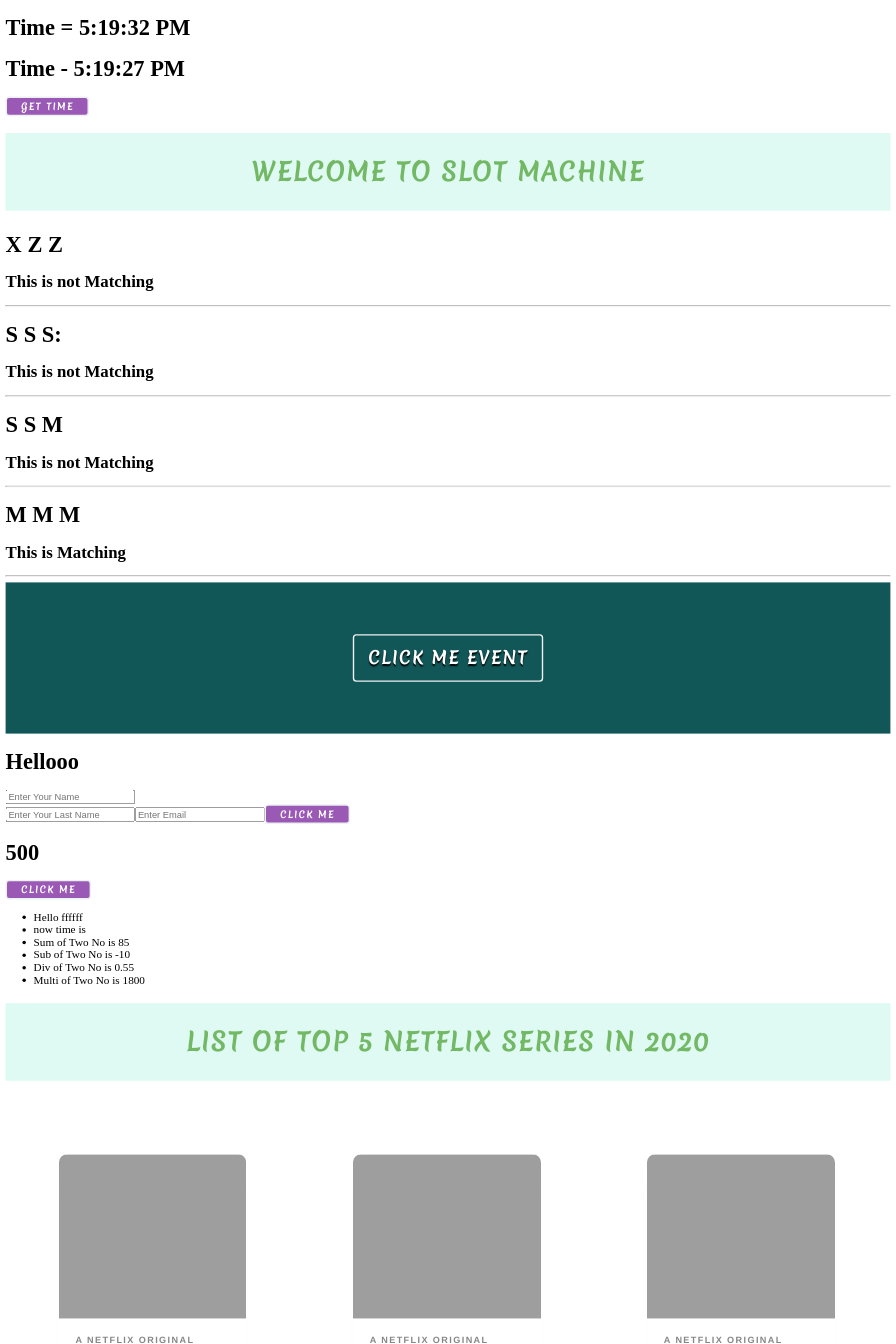
Repository: hardik2626/reactlearn2020
Page: /
An editor plug-in stored every save of this project. The page is shown before and after the next save, followed by the edit.
The browser window is 1280 px wide. The pictures show the part of the page from y = 0 to 1920 px (the page is 2673 px tall before and 2677 px after), at 70% of full size.
Pictures or frames that could not be fetched are drawn as grey boxes. The project was rebuilt for these pictures with package versions that can differ from the ones it lists, and the page was loaded fresh each time.

Above is the page before, as saved 2020-10-14 17:41:42.

### public/index.html
<!DOCTYPE html>
<html lang="en">

<head>
    <meta charset="utf-8" />
    <link rel="icon" href="%PUBLIC_URL%/favicon.ico" />
    <meta name="viewport" content="width=device-width, initial-scale=1" />
    <meta name="theme-color" content="#000000" />
    <meta name="description" content="Web site created using create-react-app" />
    <link rel="apple-touch-icon" href="%PUBLIC_URL%/logo192.png" />
    <!--
      manifest.json provides metadata used when your web app is installed on a
      user's mobile device or desktop. See https://developers.google.com/web/fundamentals/web-app-manifest/
    -->
    <link rel="manifest" href="%PUBLIC_URL%/manifest.json" />
    <!--
      Notice the use of %PUBLIC_URL% in the tags above.
      It will be replaced with the URL of the `public` folder during the build.
      Only files inside the `public` folder can be referenced from the HTML.

      Unlike "/favicon.ico" or "favicon.ico", "%PUBLIC_URL%/favicon.ico" will
      work correctly both with client-side routing and a non-root public URL.
      Learn how to configure a non-root public URL by running `npm run build`.
    -->
    <link href="https://fonts.googleapis.com/css2?family=Merienda&display=swap" rel="stylesheet">
    <title>React App</title>
</head>

<body>
    <noscript>You need to enable JavaScript to run this app.</noscript>
    <div id="root"></div>
    <!--
      This HTML file is a template.
      If you open it directly in the browser, you will see an empty page.

      You can add webfonts, meta tags, or analytics to this file.
      The build step will place the bundled scripts into the <body> tag.

      To begin the development, run `npm start` or `yarn start`.
      To create a production bundle, use `npm run build` or `yarn build`.
    -->
</body>

</html>

### src/index.js
import React from 'react';
import ReactDOM from 'react-dom';
import App from './App';
import Cards from './Cards'
import './index.css';
import Sdata from './Sdata'

//console.log(Sdata[1].sname);

/*function nCard(val){
  //console.log(val);
  return(
    <Cards
     imgsrc={val.imgsrc}
     sname={val.sname}
     title={val.title}
     link={val.link}
     />
  )
}*/



ReactDOM.render(
  <>

  <App myname="ffffff" />


    <h1 className="heading_style">List of TOP 5 Netflix Series in 2020</h1>
    {/* {Sdata.map(nCard)}; */}

    {Sdata.map((val, index) => {
      console.log(index);
      return(
        <React.Fragment key={val.imgsrc}>
        <Cards  imgsrc={val.imgsrc} sname={val.sname} title={val.title} link={val.link} />
        </React.Fragment>
      )
      }
    )};


     { /* <Cards imgsrc={Sdata[1].imgsrc} sname={Sdata[1].sname} title={Sdata[1].title} link={Sdata[1].link} />
     <Cards imgsrc={Sdata[2].imgsrc} sname={Sdata[2].sname} title={Sdata[2].title} link={Sdata[2].link} /> */ }

  </>, document.getElementById('root')
);

### src/App.js
import React from 'react';
import add, { sub, mult, div } from './Calc';
import DigitalClock from './DigitalClock';
import Eventhand from './Eventhand';
import MachineGame from './MachineGame';
import Myform from './Myform';
import Myhooks from './Myhooks';
import Timegame from './Timegame';

function App(props){

  return(
    <>
    <DigitalClock />
    <Timegame />
    <MachineGame />
    <Eventhand />
   <Myform />
   <Myhooks />
  <ul>
  <li>Hello {props.myname}</li>
  <li>now time is {new Date().toLocaleDateString}</li>
    <li>Sum of Two No is {add(45,40)}</li>
    <li>Sub of Two No is {sub(30,40)}</li>
    <li>Div of Two No is {div(22,40)}</li>
    <li>Multi of Two No is {mult(45,40)}</li>
  </ul>
  </>
  )
}

export default App

### src/Cards.jsx
import React from 'react';

function Cards(props){
  //console.log(props)
  return(
    <>
    <div className="cards">
      <div className="card">
        <img src={props.imgsrc} alt="ALPIC" className="card__img" />
        <div className="card__info">
          <span className="card__category">{props.title}</span>
          <h3 className="card__title"> {props.sname} </h3>
          <a href={props.link } target="_blank">
            <button>Watch Now</button>
          </a>
        </div>
      </div>
    </div>
  </>
  )
}
export default Cards

### src/index.css
/* * {
    margin: 0;
    padding: 0;
    box-sizing: border-box;
}

.heading {
    color: blue;
    text-align: center;
    text-transform: capitalize;
    font-weight: bold;
    text-shadow: 0px 2ps 4px #ffe9c5;
    font-family: 'Merienda', cursive;
}

.heading2 {
    color: #c75757;
    text-align: center;
    text-transform: capitalize;
    font-weight: bold;
    font-family: 'Merienda', cursive;
}

.imgDIV {
    width: 200px;
    height: auto;
    margin-top: 20px;
    display: inline;
}

body {
    background-color: #b4f2e1;
    box-sizing: border-box;
    margin: 0;
    padding: 0;
    font-family: 'Gill Sans', 'Gill Sans MT', Calibri, 'Trebuchet MS', sans-serif;
}

div {
    width: 100%;
    height: 100vh;
    display: flex;
    justify-content: center;
    align-items: center;
    margin-top: -30px;
}

h1 {
    padding: 20px;
    background-color: #ffe9c5;
    color: #fa9191;
    border-radius: 20px;
    font-size: 60px;
}

span {
    color: #eb6383;
} */

.heading_style {
    padding: 30px 0;
    text-align: center;
    font-family: 'Merienda', cursive;
    text-transform: uppercase;
    font-size: 35px;
    letter-spacing: 2px;
    font-weight: bold;
    color: #3d9820ab;
    background-color: #b4f2e16b;
    margin-bottom: 30px;
}

.cards {
    width: 100%;
    height: auto;
}

.card {
    margin: 6%;
    background-color: #fff;
    width: 21.25%;
    border-radius: 12%;
    box-shadow: 0px 13px 10px -7px rgba(0, 0, 0, 0.1);
    float: left;
    transition: all 0.4s cubic-bezier(0.175, 0.885, 0, 1);
    -webkit-border-radius: 12%;
    -moz-border-radius: 12%;
    -ms-border-radius: 12%;
    -o-border-radius: 12%;
    -webkit-transition: all 0.4s cubic-bezier(0.175, 0.885, 0, 1);
    -moz-transition: all 0.4s cubic-bezier(0.175, 0.885, 0, 1);
    -ms-transition: all 0.4s cubic-bezier(0.175, 0.885, 0, 1);
    -o-transition: all 0.4s cubic-bezier(0.175, 0.885, 0, 1);
}

.card:hover {
    box-shadow: 0px 30px 18px -8px rgba(0, 0, 0, 0.1);
    transform: scale(1.05, 1.05);
    -webkit-transform: scale(1.05, 1.05);
    -moz-transform: scale(1.05, 1.05);
    -ms-transform: scale(1.05, 1.05);
    -o-transform: scale(1.05, 1.05);
}

.card__img {
    width: 100%;
    height: 235px;
    border-top-left-radius: 12px;
    border-top-right-radius: 12px;
}

.card__info {
    background-color: #fff;
    border-bottom-left-radius: 12px;
    border-bottom-right-radius: 12px;
    padding: 16px 24px 24px 24px;
}

.card__category {
    font-family: 'Franklin Gothic Medium', 'Arial Narrow', Arial, sans-serif;
    text-transform: uppercase;
    font-size: 13px;
    letter-spacing: 2px;
    font-weight: bold;
    color: #868686;
    background-color: #fff;
}

.card__title {
    margin-top: 5px;
    margin-bottom: 10px;
    font-family: 'Merienda', cursive;
    background-color: #fff;
    text-transform: capitalize;
}

button {
    padding: 8px 5px;
    font-family: 'Merienda', cursive;
    text-transform: uppercase;
    font-size: 13px;
    letter-spacing: 2px;
    font-weight: bold;
    color: #868686;
    background-color: #fff;
    outline: none;
    border: 1px solid #000;
    cursor: pointer;
}

button {
    line-height: 24px;
    padding: 0 20px;
    background-color: #9b59b6;
    color: #fff;
    border: 2px solid #ecf0f1;
    outline: none;
    border-radius: 5px;
    text-transform: uppercase;
    cursor: pointer;
    -webkit-border-radius: 5px;
    -moz-border-radius: 5px;
    -ms-border-radius: 5px;
    -o-border-radius: 5px;
}

.evnthnd {
    color: White;
    background: transparent;
    text-shadow: 0 2px 2px #000;
    font-size: 24px;
    padding: 20px;
}

div.evnt {
    width: 100%;
    height: 30vh;
    display: flex;
    justify-content: center;
    align-items: center;
    background-color: violet;
    flex-direction: column;
}

### src/Sdata.jsx
const Sdata = [{
        imgsrc : "https://picsum.photos/500/300",
        sname : "DARK",
        title : " A Netflix Original Series",
        link : "https://www.google.com/"
    },
    {
        imgsrc : "https://picsum.photos/500/330",
        sname : "Extra Carricular",
        title : " A Netflix Original Series",
        link : "https://www.google.com/"
    },
    {
        imgsrc : "https://picsum.photos/500/340",
        sname : "MasterCard",
        title : " A Netflix Original Series",
        link : "https://www.google.com/"
    },
    {
        imgsrc : "https://picsum.photos/500/335",
        sname : "TrueLove",
        title : " A ZEE  Series",
        link : "https://www.google.com/"
    },
    {
        imgsrc : "https://picsum.photos/500/345",
        sname : "Khul JA Sim Sim",
        title : " A ZEE5  Series",
        link : "https://www.google.com/"
    },
    {
        imgsrc : "https://picsum.photos/500/339",
        sname : "Extra Carricular",
        title : " A Netflix Original Series",
        link : "https://www.google.com/"
    }

];
export default Sdata

### src/Calc.jsx
import React from 'react';

function add(a, b) {
    let sum = a + b;
    return sum;
}
export default add;

function sub(a, b) {
    let sub = a - b;
    return sub;
}


function mult(a, b) {
    let mult = a * b;
    return mult;
}


function div(a, b) {
    let div = a / b;
    return div;
}
export { sub, mult, div };

### src/DigitalClock.js
import React, { useState } from 'react'

const DigitalClock = () => {
    let ltTime = new Date().toLocaleTimeString()
    const[ctime, SetCtime] = useState(ltTime)

    const UpdateTime = () => {
        let ltTime = new Date().toLocaleTimeString()
        SetCtime(ltTime)
    }
    setInterval(UpdateTime, 1000);

    return(
        <div>
            <h1>Time = {ltTime}</h1>

        </div>
    )
}

export default DigitalClock

### src/Eventhand.js
import React, { Component, useState } from 'react'

const Eventhand = () => {
        const purple = "#125758";
        const Newpurple = "#656987";
        const [bg,setBg] = useState(purple)
        const [ename, setName] = useState('Click Me Event')
        const bgChange = () => {
                //console.log('clickkk');
                let newBg = "#789548"
                setBg(newBg)
                setName("Hardik Devani 🤬 ")
        }
        const bgBack = () => {
                setBg(Newpurple)
                setName('Double Click 😠')
        }
        return(
                <>
                        <div className="evnt" style={{backgroundColor:bg}}>
                                <button className="evnthnd"  onMouseEnter={bgChange} onMouseLeave={bgBack}>
                                {/* <button className="evnthnd"  onClick={bgChange} onDoubleClick={bgBack}> */}
                                {ename}
                                </button>
                        </div>
                </>
        )
}
export default Eventhand;

### src/MachineGame.js
import React, { Component } from 'react'

const  SlotM = (props) => {
    // let x = 'A';
    // let y = 'A';
    // let z = 'A';

    // let x = props.x;
    // let y = props.y;
    // let z = props.z;

    let {x, y, z} = props

    if( x===y && y===z ){
        return(
            <>
                <div className="slot">
                    <h1>{x} {y} {z}</h1>
                    <h2>This is Matching</h2>
                    <hr/>

                </div>
            </>
        )
    } else {
        return(
            <>
                <div className="slot">
                    <h1>{x} {y} {z}</h1>
                    <h2>This is not Matching</h2>
                    <hr/>

                </div>
            </>
        )
    }
}

const MachineGame = () =>{
    return(
        <>
            <h1 className="heading_style"> Welcome to <span style={{fontWeight:'bold'}}>Slot Machine</span>  </h1>
            <div className="slotmachine">
            <SlotM  x='X' y='Z' z='Z' />
            <SlotM x='S' y='S' z='S:'/>
            <SlotM x='S' y='S' z='M'/>
            <SlotM x='M' y='M' z='M'/>
            </div>
        </>
    )
}

export default MachineGame

### src/Myform.js
import React, { useState } from 'react'

const Myform = () => {

        const [name, setName] = useState('')
        const [lastname, setLastName] = useState('')
        const [fullName, setFullName] = useState('')
        const [lastname2, setLastName2] = useState('')
        const [myemail, setMyEmail] = useState('')
        const [myemail2, setMyEmail2] = useState('')

        const subForm = (event) =>{
                setName(event.target.value)
                //console.log(event.target.value);
        }

        const subFormlname = (event) => {
                setLastName(event.target.value)
        }

        const subMyEmail = (event) => {
                setMyEmail(event.target.value)
        }
        const onSubmit = (event) => {
                event.preventDefault();
                setFullName(name)
                setLastName2(lastname)
                setMyEmail2(myemail)
        }
        return(
                <>
                <div className="main_div">
                <form onSubmit={onSubmit}>
                        <h1>Hellooo {fullName} {lastname2} {myemail2}</h1>
                        <input type="text" placeholder="Enter Your Name" onChange={subForm} value={name} />
                        <br/>
                        <input type="text" placeholder="Enter Your Last Name" onChange={subFormlname} value={lastname} />
                        <input type="email" placeholder="Enter Email" onChange={subMyEmail} value={myemail}/>
                        <button type="submit">Click Me</button>
                        </form>
                </div>
        </>
        )
}

export default Myform;

### src/Myhooks.js
import React, { useState } from 'react';
let count = 1;

const Myhooks = () => {

        const state = useState();
const [count, setCount] = useState(500);

const IncNum = () => {
        setCount(count + 5)
        //console.log("clicked" + count++)
};

        return(
                <>
                <h1>{count}</h1>
                <button onClick={IncNum}>Click Me</button>
                </>
        )
}
export default Myhooks

### src/Timegame.js
import React from 'react'
import { useState } from 'react'



    const Timegame = () => {
        let newTime = new Date().toLocaleTimeString()

        const[curTime, setCurTime] = useState(newTime)

        const UpdateTime = () => {
        let newCTime = new Date().toLocaleTimeString()
        setCurTime(newCTime);
        }
        return (
            <div>
                <h1>Time - {curTime}</h1>
                <button onClick={UpdateTime}>Get Time</button>
            </div>
        )
    }



export default Timegame

After the next save:
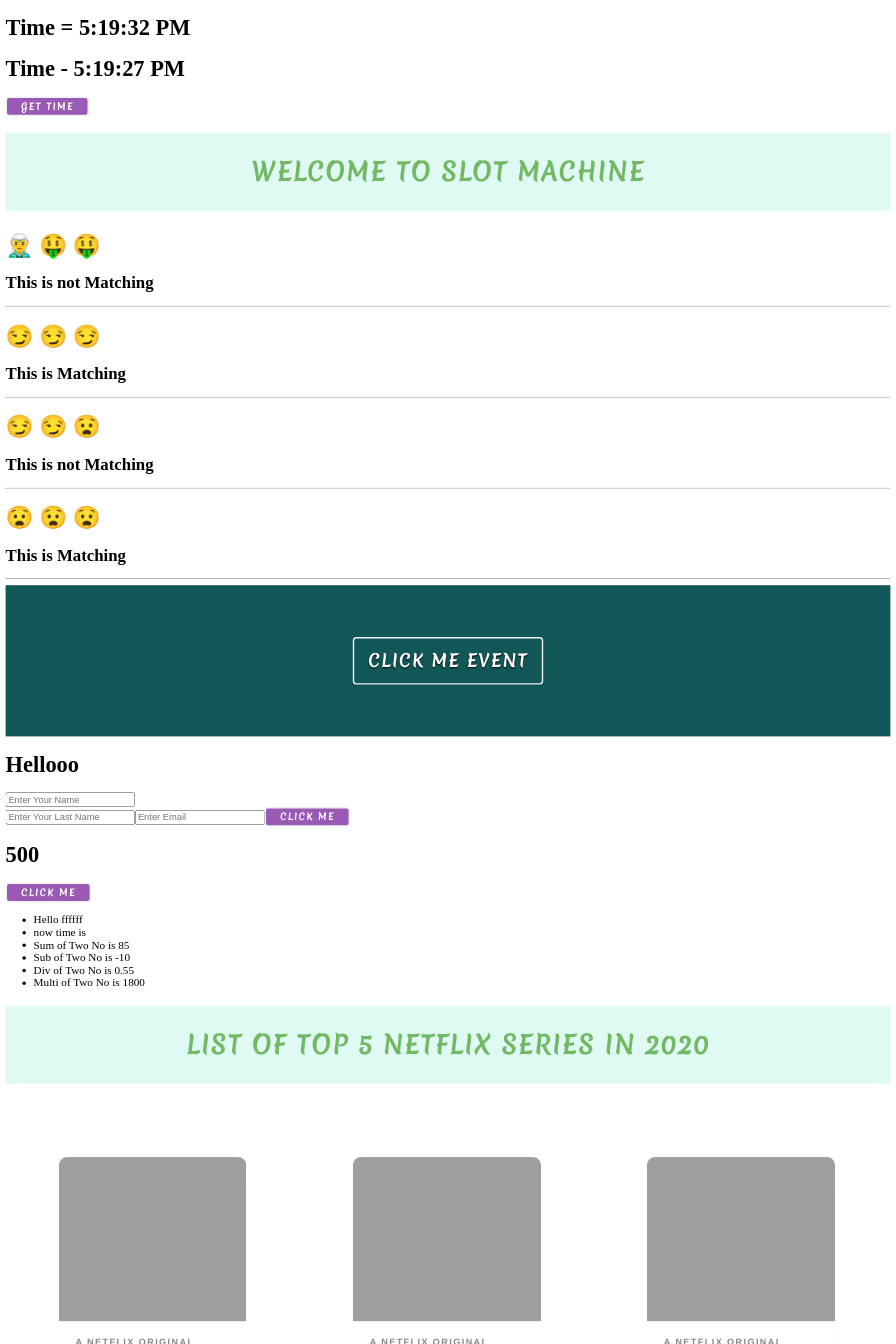
Saved 4 min 9 s later.
--- a/src/MachineGame.js
+++ b/src/MachineGame.js
@@ -41,10 +41,10 @@ const MachineGame = () =>{
         <>
             <h1 className="heading_style"> Welcome to <span style={{fontWeight:'bold'}}>Slot Machine</span>  </h1>
             <div className="slotmachine">
-            <SlotM  x='X' y='Z' z='Z' />
-            <SlotM x='S' y='S' z='S:'/>
-            <SlotM x='S' y='S' z='M'/>
-            <SlotM x='M' y='M' z='M'/>
+            <SlotM  x='🧝‍♂️' y='🤑' z='🤑' />
+            <SlotM x='😏' y='😏' z='😏'/>
+            <SlotM x='😏' y='😏' z='😧'/>
+            <SlotM x='😧' y='😧' z='😧'/>
             </div>
         </>
     )
